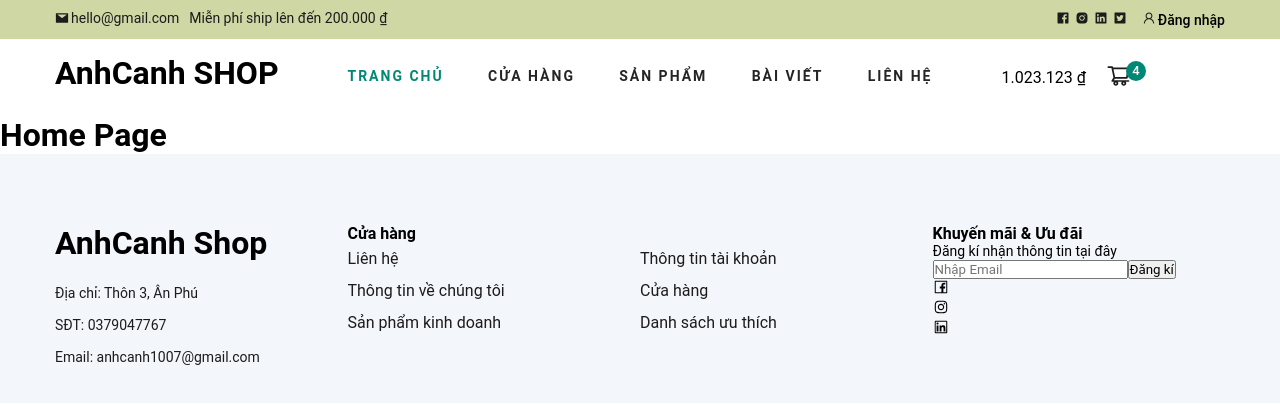
Repository: anhcanh1007/show_product
Page: /
These files come from the project's save history. The page is drawn as it stood at one moment and after a run of saves; the edit follows.
The browser window is 1280 px wide. The pictures show the whole page.
The project was rebuilt for these pictures with package versions that can differ from the ones it lists, and the page was loaded fresh each time. Imported but missing from the stored project, and not drawn on this page: src/pages/user/profilePage.

Above is the page before, as saved 2024-01-26 23:12:30.

### src/index.js
import React from "react";
import ReactDOM from "react-dom/client";
import { BrowserRouter } from "react-router-dom";
import RouterCustom from "./router";
import "./style/style.scss";

const root = ReactDOM.createRoot(document.getElementById("root"));
root.render(
  <BrowserRouter>
    <RouterCustom />
  </BrowserRouter>
);

// If you want to start measuring performance in your app, pass a function
// to log results (for example: reportWebVitals(console.log))
// or send to an analytics endpoint. Learn more: https://bit.ly/CRA-vitals

### src/router.js
import { ROUTERS } from "./utils/router";
import HomePage from "./pages/user/homePage";
import ProfilePage from "./pages/user/profilePage";
import { Route, Routes } from "react-router-dom";
import MasterLayout from "./pages/user/theme/masterLayout";

const renderUserRouter = () => {
  const userRouters = [
    {
      path: ROUTERS.USER.HOME,
      component: <HomePage />,
    },
    {
      path: ROUTERS.USER.PROFILE,
      component: <ProfilePage />,
    },
  ];

  return (
    <MasterLayout>
      <Routes>
        {userRouters.map((item, key) => (
          <Route key={key} path={item.path} element={item.component} />
        ))}
      </Routes>
    </MasterLayout>
  );
};

const RouterCustom = () => {
  return renderUserRouter();
};

export default RouterCustom;

### src/style/style.scss
@import './pages/all';
@import './pages/responsive';

### src/utils/router.js
export const ROUTERS = {
  USER: {
    HOME: "",
    PROFILE: "thong-tin-ca-nhan",
  },
};

### src/pages/user/homePage/index.js
import { memo } from "react";

const HomePage = () => {
  return <h1>Home Page</h1>;
};

export default memo(HomePage);

### src/pages/user/theme/masterLayout/index.js
import { memo } from "react";
import Header from "../header";
import Footer from "../footer";

const MasterLayout = ({ children, ...props }) => {
  return (
    <div {...props}>
      <Header />
      {children}
      <Footer />
    </div>
  );
};

export default memo(MasterLayout);

### src/style/pages/_all.scss
@use "sass:map";
@import './theme';
@import './responsive';

html, body {
    margin: 0;
}

* {
    font-family: Roboto;
    padding: 0;
    margin: 0;
}

.container {
    max-width: 1170px;
    width: 100%;
    padding-left: 15px;
    padding-right: 15px;
    // background: map.get($theme-colors, "main");
    margin: auto;
}

.row {
    display: flex;
    flex-wrap: wrap;
}

.col-6 {
    flex: 0 0 50%;
    max-width: 50%;
}

.col-lg-3 {
    flex: 0 0 25%;
    max-width: 25%;
}

.col-lg-6 {
    flex: 0 0 50%;
    max-width: 50%;
}

@include Responsive($DESTOP) {
    .col-xl-3 {
        flex: 0 0 25%;
        max-width: 25%;
    }
    .col-xl-6 {
        flex: 0 0 50%;
        max-width: 50%;
    }
}

@include Responsive($MEDIUM_DEVICE) {
    .col-lg-3 {
        flex: 0 0 25%;
        max-width: 25%;
        background: red;
    }
}

### src/style/pages/_theme.scss
$theme-colors : (
    "main" : #008874,
    "normal_text": #1c1c1c,
    "bold_text": #252525,
)

### src/style/pages/_responsive.scss
$DESTOP: "DESTOP";
$MEDIUM_DEVICE: "MEDIUM_DEVICE";
$TABLE_DEVICE: "TABLE_DEVICE";
$WIDE_MOBILE: "WIDE_MOBILE";
$SMALL_DEVICES: "SMALL_DEVICES";

@mixin Responsive($canvas) {
    @if $canvas == $DESTOP {
        @media only screen and (min-width: 1200px){
            @content;
        }
    } @else if $canvas == $MEDIUM_DEVICE {
        @media only screen and (min-width: 992px) and (max-width: 1199px){
            @content;
        }
    } @else if $canvas == $TABLE_DEVICE {
        @media only screen and (min-width: 768px) and (max-width: 991px){
            @content;
        }
    } @else if $canvas == $WIDE_MOBILE {
        @media only screen and (max-width: 767px){
            @content;
        }
    } @else if $canvas == $MEDIUM_DEVICE {
        @media only screen and (max-width: 575px){
            @content;
        }
    }
}

### src/pages/user/theme/header/index.js
import { memo, useState } from "react";
import {
  AiFillFacebook,
  AiFillInstagram,
  AiFillLinkedin,
  AiFillMail,
  AiFillTwitterSquare,
  AiOutlineShoppingCart,
  AiOutlineUser,
} from "react-icons/ai";
import "./style.scss";
import { Link } from "react-router-dom";
import { formater } from "utils/formater";
import { ROUTERS } from "utils/router";

const Header = () => {
  const [menus, setMenus] = useState([
    {
      name: "Trang chủ",
      path: ROUTERS.USER.HOME,
    },
    {
      name: "Cửa hàng",
      path: ROUTERS.USER.HOME,
    },
    {
      name: "Sản phẩm",
      path: "",
      isShowSubmenu: false,
      child: [
        {
          name: "Thịt",
          path: "",
        },
        {
          name: "Rau củ",
          path: "",
        },
        {
          name: "Thức ăn nhanh",
          path: "",
        },
      ],
    },
    {
      name: "Bài viết",
      path: ROUTERS.USER.HOME,
    },
    {
      name: "Liên hệ",
      path: ROUTERS.USER.HOME,
    },
  ]);
  return (
    <>
      <div className="header__top">
        <div className="container">
          <div className="row">
            <div className="col-6 header__top_left">
              <ul>
                <li>
                  <AiFillMail />
                  <span>hello@gmail.com</span>
                </li>
                <li>Miễn phí ship lên đến {formater(200000)}</li>
              </ul>
            </div>
            <div className="col-6 header__top_right">
              <ul>
                <li>
                  <Link to={""}>
                    <AiFillFacebook />
                  </Link>
                </li>
                <li>
                  <Link to={""}>
                    <AiFillInstagram />
                  </Link>
                </li>
                <li>
                  <Link to={""}>
                    <AiFillLinkedin />
                  </Link>
                </li>
                <li>
                  <Link to={""}>
                    <AiFillTwitterSquare />
                  </Link>
                </li>
                <li>
                  <Link to={""}>
                    <AiOutlineUser />
                  </Link>
                  <span>Đăng nhập</span>
                </li>
              </ul>
            </div>
          </div>
        </div>
      </div>
      <div className="container">
        <div className="row">
          <div className="col-xl-3">
            <div className="header__logo">
              <h1>AnhCanh SHOP</h1>
            </div>
          </div>
          <div className="col-xl-6">
            <nav className="header__menu">
              <ul>
                {menus?.map((menu, menuKey) => (
                  <li key={menuKey} className={menuKey === 0 ? "active" : ""}>
                    <Link to={menu.path}>{menu.name}</Link>
                    {menu.child && (
                      <ul className="header__menu_dropdown">
                        {menu.child.map((childItem, childKey) => (
                          <li key={`${menuKey}-${childKey}`}>
                            <Link to={childItem.path}>{childItem.name}</Link>
                          </li>
                        ))}
                      </ul>
                    )}
                  </li>
                ))}
              </ul>
            </nav>
          </div>
          <div className="col-xl-3">
            <div className="header__cart">
              <div className="header__cart_price">
                <span>{formater(1023123)}</span>
              </div>
              <ul>
                <li>
                  <Link to="#">
                    <AiOutlineShoppingCart /> <span>4</span>
                  </Link>
                </li>
              </ul>
            </div>
          </div>
        </div>
      </div>
    </>
  );
};

export default memo(Header);

### src/pages/user/theme/footer/index.js
import { memo } from "react";
import "./style.scss";
import { Link } from "react-router-dom";
import {
  AiOutlineFacebook,
  AiOutlineInstagram,
  AiOutlineLinkedin,
} from "react-icons/ai";

const Footer = () => {
  return (
    <>
      <footer className="footer">
        <div className="container">
          <div className="row">
            <div className="col-lg-3">
              <div className="footer__about">
                <h1 className="footer__about_logo">AnhCanh Shop</h1>
                <ul>
                  <li>Địa chỉ: Thôn 3, Ân Phú</li>
                  <li>SĐT: 0379047767</li>
                  <li>Email: anhcanh1007@gmail.com</li>
                </ul>
              </div>
            </div>
            <div className="col-lg-6">
              <div className="footer__widget">
                <h4>Cửa hàng</h4>
                <ul>
                  <li>
                    <Link to="">Liên hệ</Link>
                  </li>
                  <li>
                    <Link to="">Thông tin về chúng tôi</Link>
                  </li>
                  <li>
                    <Link to="">Sản phẩm kinh doanh</Link>
                  </li>
                </ul>
                <ul>
                  <li>
                    <Link to="">Thông tin tài khoản</Link>
                  </li>
                  <li>
                    <Link to="">Cửa hàng</Link>
                  </li>
                  <li>
                    <Link to="">Danh sách ưu thích</Link>
                  </li>
                </ul>
              </div>
            </div>
            <div className="col-lg-3">
              <div className="footer__widget">
                <h4>Khuyến mãi & Ưu đãi</h4>
                <p>Đăng kí nhận thông tin tại đây</p>
                <form action="#">
                  <div>
                    <input type="text" placeholder="Nhập Email" />
                    <button type="submit" className="submit-button">
                      Đăng kí
                    </button>
                  </div>
                  <div>
                    <div>
                      <AiOutlineFacebook />
                    </div>
                    <div>
                      <AiOutlineInstagram />
                    </div>
                    <div>
                      <AiOutlineLinkedin />
                    </div>
                  </div>
                </form>
              </div>
            </div>
          </div>
        </div>
      </footer>
    </>
  );
};

export default memo(Footer);

### src/pages/user/theme/header/style.scss
@use "sass:map";
@import 'style/pages/_theme.scss';
.header__top{
    background-color: #CFD7A4;
}

.header__top_left {
    padding: 10px 0 10px;
    ul {
        display: flex;
        align-items: center;
        column-gap: 10px;
        list-style: none;

        li{
            font-size: 14px;
            color: map.get($theme-colors, "normal_text");
            display: flex;
            align-items: center;
            column-gap: 2px;
        }
    }
}

.header__top_right {
    display: flex;
    justify-content: flex-end;
    padding: 10px 0 10px;
    align-items: center;

    ul {
        display: flex;
        column-gap: 5px;
        list-style: none;

        li:last-child{
            margin-left: 10px;

            span {
                font-size: 14px;
                margin-left: 2px;
                font-weight: 500;
            }
        }

        a {
            font-size: 14px;
            display: inline-block;
            color: map.get($theme-colors, "normal_text");
        }
    }
}

.header__logo {
    padding: 15px 0;
}

.header__menu {
    padding: 24px 0;

    ul {
        display: flex;
        justify-content: space-between;

        li {
            list-style: none;

            a {
                text-decoration: none;
                font-size: 14px;
                color: map.get($theme-colors, 'bold_text');
                font-weight: bold;
                text-transform: uppercase;
                letter-spacing: 2px;
                transition: all 0.3s;
                padding: 5px 0;
                display: block;
            }
        }

        li:hover .header__menu_dropdown {
            opacity: 1;
            visibility: visible;
        }

        .active a{
            color: map.get($theme-colors, 'main');
        }

        .header__menu_dropdown {
            background-color: #222222;
            display: block;
            position: absolute;
            width: 180px;
            z-index: 9;
            padding: 5px 0;
            transition: all, 0.3s;
            opacity: 0;
            visibility: hidden;

            a{
                text-transform: capitalize;
                color: #ffffff;
                font-weight: 400;
                padding: 5px 15px;
            }

            :hover {
                color: map.get($theme-colors, 'main');
            }
        }
    }
}

.header__cart {
    display: flex;
    justify-content: center;
    align-items: center;
    padding: 24px 0;

    ul {
        display: flex;
        margin-right: 25px;

        li {
            list-style: none;
            position: relative;
            margin-left: 20px;

            svg {
                font-size: 25px;
                color: map.get($theme-colors, "normal_text");
            }

            span {
                color: white;
                background-color: map.get($theme-colors, "main");
                position: absolute;
                height: 20px;
                width: 20px;
                border-radius: 40px;
                display: inline-block;
                text-align: center;
                line-height: 20px;
                font-size: 13px;
                font-weight: 500;
                left: 20px;
                top: -2px;
            }
        }
    }

}

### src/utils/formater.js
export const formater = (number) => {
  return new Intl.NumberFormat("vi-VN", {
    style: "currency",
    currency: "VND",
  }).format(number);
};

### src/pages/user/theme/footer/style.scss
@use "sass:map";
@import 'style/pages/_theme.scss';

.footer {
    background: #F3F6FA;
    padding-top: 70px;
    padding-bottom: 0;
    .footer__about {
        margin-bottom: 30px;

        .footer__about_logo {
            margin-bottom: 15px;
            display: inline-block;
        }

        ul {

            li {
                list-style: none;
                color: map.get($theme-colors, 'normal_text');
                font-size: 14px;
                line-height: 32px;
            }
        }
    }

    .footer__widget {
        margin-bottom: 30px;
        overflow: hidden;

        h6 {
            color: map.get($theme-colors,'normal_text');
            margin-bottom: 10px;
            font-style: 16px;
            font-weight: 700;
        }

        ul {
            float: left;
            width: 50%;

            li {
                list-style: none;

                a {
                    color: map.get($theme-colors,'normal_text');
                    font-style: 14px;
                    line-height: 32px;
                    text-decoration: none;
                }
            }
        }

        p {
            font-size: 14px;

        }
    }
}

Loaded but not shown: public/index.html (common file)

After the next 3 saves:
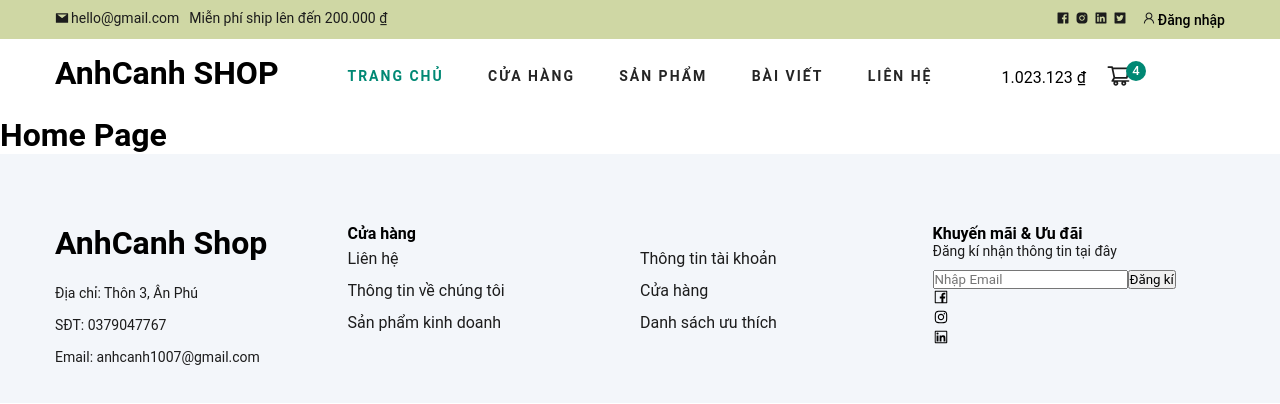
The 3 saves are shown as one change because they came seconds apart.
The last was saved 13 s later.
--- a/src/pages/user/theme/footer/style.scss
+++ b/src/pages/user/theme/footer/style.scss
@@ -53,7 +53,8 @@
 
         p {
             font-size: 14px;
-
+            color: map.get($theme-colors,'normal_text');
+            margin-bottom: 10px;
         }
     }
 }
